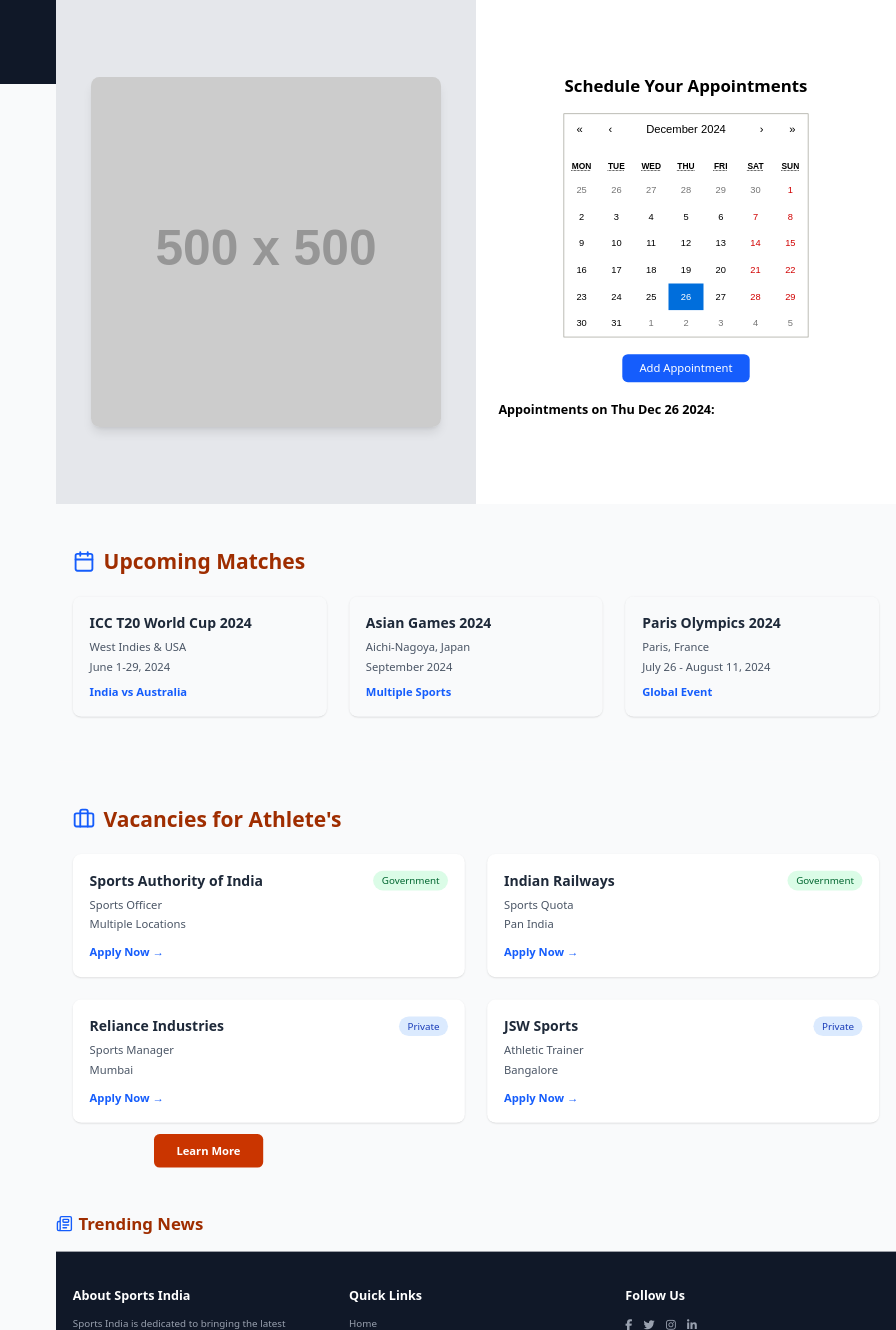
Repository: Shovon0004/Athlete
Page: / (app in Athlete/)
The author's editor kept a copy of each file at every save. The page is drawn from the files as they stood at one save, then again after the next save.
The browser window is 1280 px wide. The pictures show the part of the page from y = 600 to 2500 px (the page is 2684 px tall), at 70% of full size.
The page's requests for data from a server got no answer. The project was rebuilt for these pictures with package versions that can differ from the ones it lists, and the page was loaded fresh each time. No one was signed in, and anything a server would have sent is missing. Also part of the build but not shown: Athlete/vite.config.js.

Above is the page before, as saved 2025-01-26 22:52:39.

After the next save:
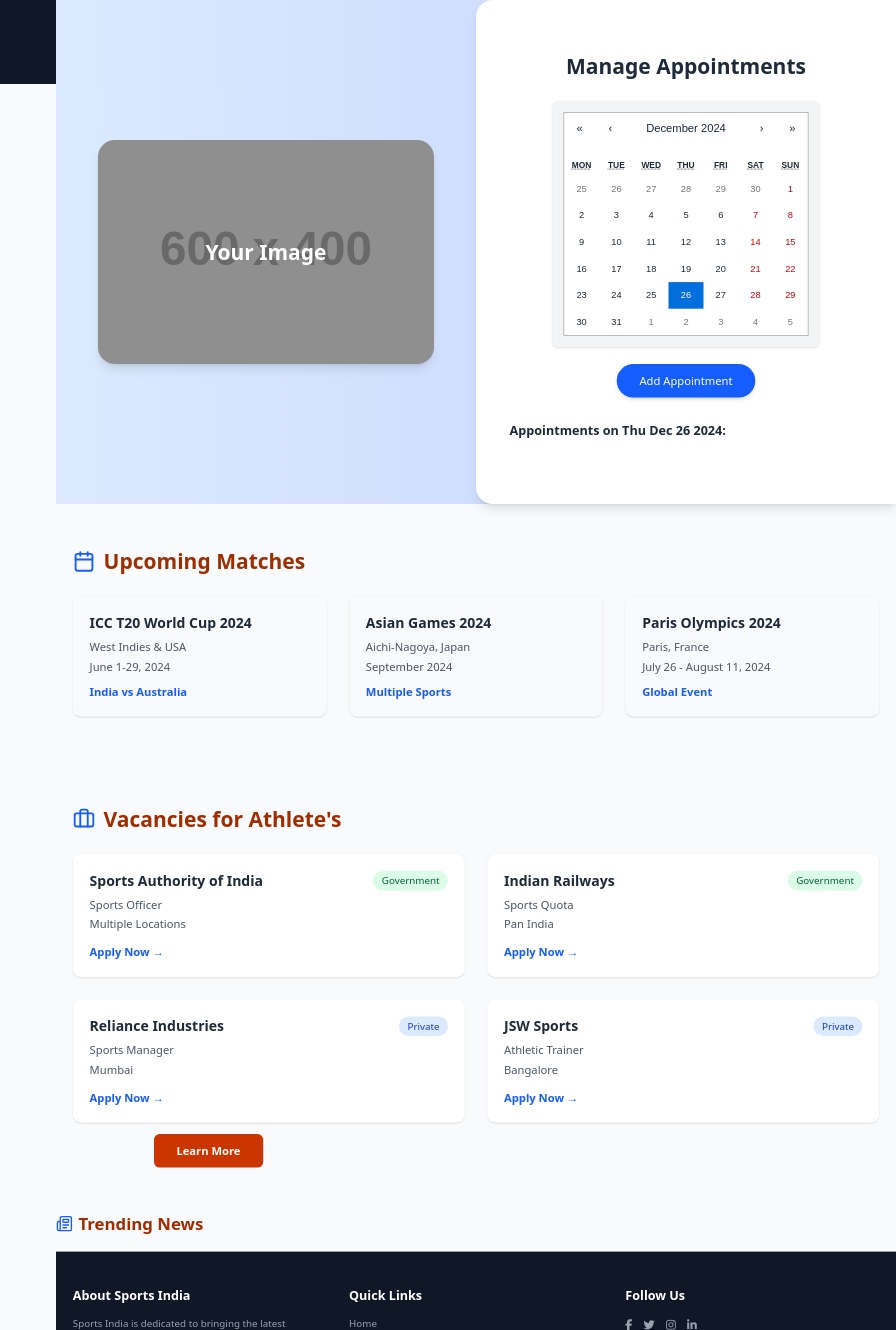
Saved 2 min 33 s later.
--- a/Athlete/src/components/AppointmentPage.jsx
+++ b/Athlete/src/components/AppointmentPage.jsx
@@ -27,38 +27,51 @@
   };
 
   return (
-    <div className="flex h-screen">
+    <div className="flex h-screen bg-gradient-to-r from-blue-100 to-indigo-200">
       {/* Left Side - Image */}
-      <div className="w-1/2 bg-gray-200 flex items-center justify-center">
-        <img
-          src="https://via.placeholder.com/500"
-          alt="Placeholder"
-          className="rounded-xl shadow-lg"
-        />
+      <div className="w-1/2 flex items-center justify-center">
+        <div className="relative w-4/5">
+          <img
+            src="https://via.placeholder.com/600x400"
+            alt="Placeholder"
+            className="rounded-3xl shadow-lg"
+          />
+          <div className="absolute top-0 left-0 w-full h-full bg-black/30 rounded-3xl flex items-center justify-center text-white text-3xl font-bold">
+            Your Image
+          </div>
+        </div>
       </div>
 
       {/* Right Side - Calendar */}
-      <div className="w-1/2 bg-white flex flex-col items-center justify-center p-8">
-        <h2 className="text-2xl font-semibold mb-6">Schedule Your Appointments</h2>
+      <div className="w-1/2 bg-white flex flex-col items-center justify-center p-12 rounded-l-3xl shadow-lg">
+        <h2 className="text-3xl font-bold text-gray-800 mb-8">Manage Appointments</h2>
 
         {/* Calendar */}
-        <Calendar onChange={handleDateChange} value={date} />
+        <div className="bg-gray-100 rounded-lg p-4 shadow">
+          <Calendar
+            onChange={handleDateChange}
+            value={date}
+            className="react-calendar text-gray-800"
+          />
+        </div>
 
         <div className="mt-6">
           <button
             onClick={addAppointment}
-            className="bg-blue-600 text-white px-6 py-2 rounded-lg hover:bg-blue-700"
+            className="bg-blue-600 text-white px-8 py-3 rounded-full hover:bg-blue-700 shadow-md transition duration-300"
           >
             Add Appointment
           </button>
         </div>
 
         {/* Display Appointments */}
-        <div className="mt-6 w-full">
-          <h3 className="text-lg font-semibold mb-4">Appointments on {date.toDateString()}:</h3>
-          <ul className="text-gray-700">
+        <div className="mt-8 w-full">
+          <h3 className="text-lg font-semibold text-gray-800 mb-4">
+            Appointments on {date.toDateString()}:
+          </h3>
+          <ul className="text-gray-700 space-y-2">
             {(appointments[date.toDateString()] || []).map((appointment, index) => (
-              <li key={index} className="mb-2">
+              <li key={index} className="p-2 bg-blue-100 rounded-lg shadow-md">
                 - {appointment}
               </li>
             ))}
